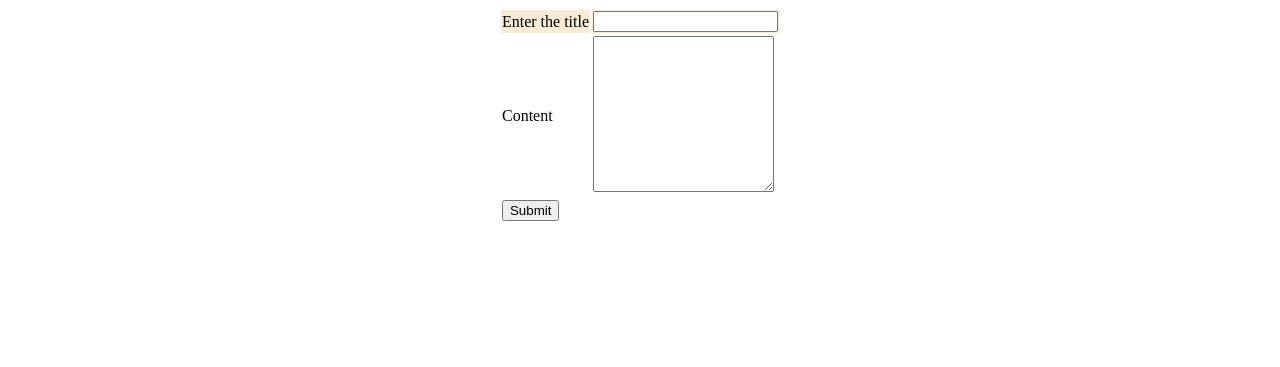
Repository: 123poornima/UpdatedSecondProject
Page: frontendPro/WebContent/_blog/newPost.html
These files come from the project's save history. The page is drawn as it stood at one moment and after the next save; the edit follows.
The browser window is 1280 px wide. The pictures show the whole page.

Above is the page before, as saved 2017-01-12 15:57:47.

After the next save:
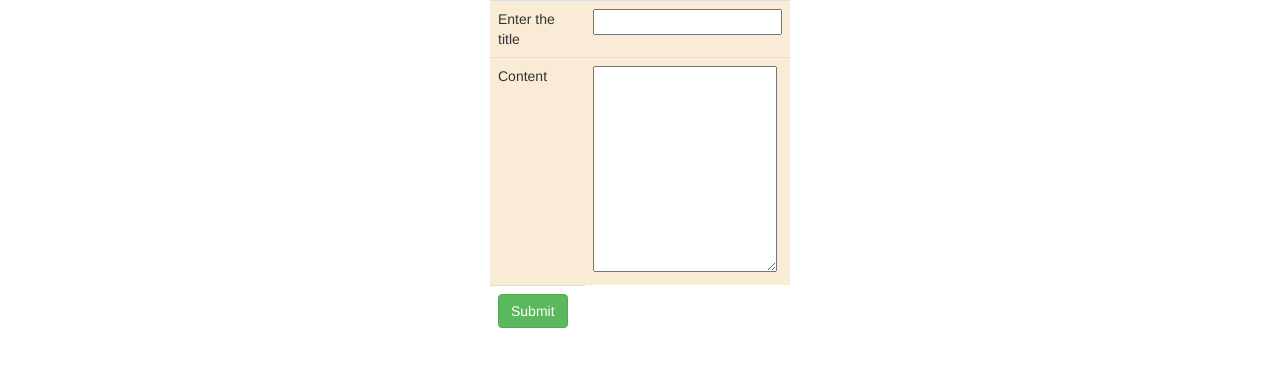
Saved 15 s later.
--- a/frontendPro/WebContent/_blog/newPost.html
+++ b/frontendPro/WebContent/_blog/newPost.html
@@ -3,17 +3,24 @@
 <head>
 <meta charset="ISO-8859-1">
 <title>Insert title here</title>
+<link rel="stylesheet" href="http://maxcdn.bootstrapcdn.com/bootstrap/3.3.7/css/bootstrap.min.css">
+
+<!-- jQuery library -->
+<script src="https://ajax.googleapis.com/ajax/libs/jquery/1.12.4/jquery.min.js"></script>
+
+<!-- Latest compiled JavaScript -->
+<script src="http://maxcdn.bootstrapcdn.com/bootstrap/3.3.7/js/bootstrap.min.js"></script>
 </head>
 <body>
 <form>
-<table align="center" class="table">
+<table align="center" class="table" style="width:300px">
 <tr  bgcolor=#FAEBD7><td>Enter the title</td>
 <td><input type="text" ng-model="blogPost.title"></td>
 </tr>
-<tr><td>Content</td>
+<tr  bgcolor=#FAEBD7><td>Content</td>
 <td><textarea rows="10"  ng-model="blogPost.body"></textarea></td>
 </tr>
-<tr><td><input type="submit" ng-click="submit()"></td></tr>
+<tr><td><input class="btn btn-success" type="submit" ng-click="submit()"></td></tr>
 </table>
 
 </form>
